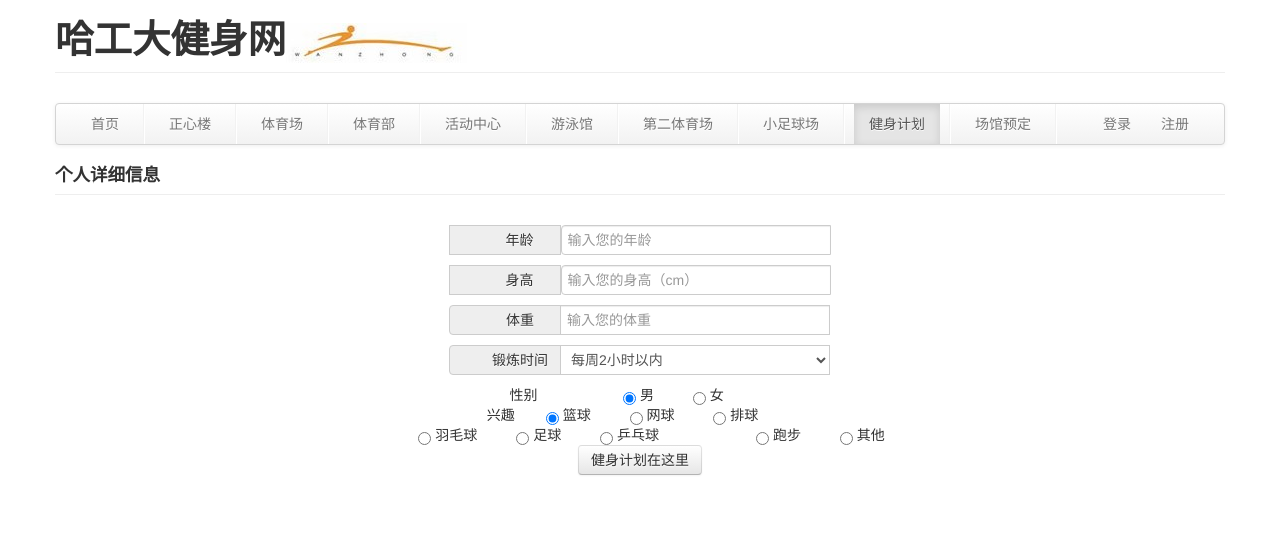
Repository: hitDeveloper/fitness
Page: http://localhost/project/myplan.jsp
These files come from the project's save history. The page is drawn as it stood at one moment and after the next save; the edit follows.
The browser window is 1280 px wide. The pictures show the whole page.
The page is served by Tomcat 9. Nobody is signed in. The application's start-up code is not run.

Above is the page before, as saved 2014-11-19 01:17:13.

After the next save:
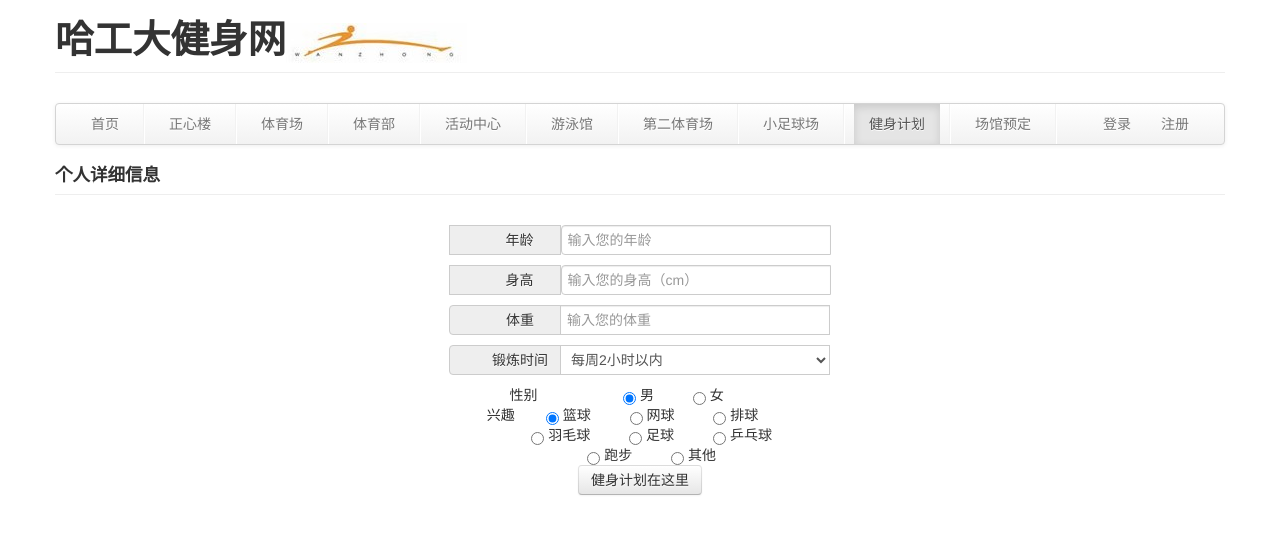
Saved 15 s later.
--- a/Project/project/WebRoot/myplan.jsp
+++ b/Project/project/WebRoot/myplan.jsp
@@ -80,7 +80,7 @@
      &nbsp;&nbsp;&nbsp;&nbsp;&nbsp;&nbsp;&nbsp;&nbsp;&nbsp;&nbsp;&nbsp;&nbsp;&nbsp;&nbsp;
      <input type="radio" name="hobby" value="羽毛球">         羽毛球&nbsp;&nbsp;&nbsp;&nbsp;&nbsp;&nbsp;&nbsp;&nbsp;&nbsp;
      <input type="radio" name="hobby" value="足球">         足球&nbsp;&nbsp;&nbsp;&nbsp;&nbsp;&nbsp;&nbsp;&nbsp;&nbsp;
-     <input type="radio" name="hobby" value="乒乓球">         乒乓球&nbsp;&nbsp;&nbsp;&nbsp;&nbsp;&nbsp;&nbsp;&nbsp;&nbsp;
+     <input type="radio" name="hobby" value="乒乓球">         乒乓球&nbsp;&nbsp;&nbsp;&nbsp;&nbsp;&nbsp;&nbsp;&nbsp;&nbsp;<br>
      &nbsp;&nbsp;&nbsp;&nbsp;&nbsp;&nbsp;&nbsp;&nbsp;&nbsp;&nbsp;&nbsp;&nbsp;&nbsp;&nbsp;
      <input type="radio" name="hobby" value="跑步">         跑步&nbsp;&nbsp;&nbsp;&nbsp;&nbsp;&nbsp;&nbsp;&nbsp;&nbsp;
      <input type="radio" name="hobby" value="足球">         其他&nbsp;&nbsp;&nbsp;&nbsp;&nbsp;&nbsp;&nbsp;&nbsp;&nbsp;
